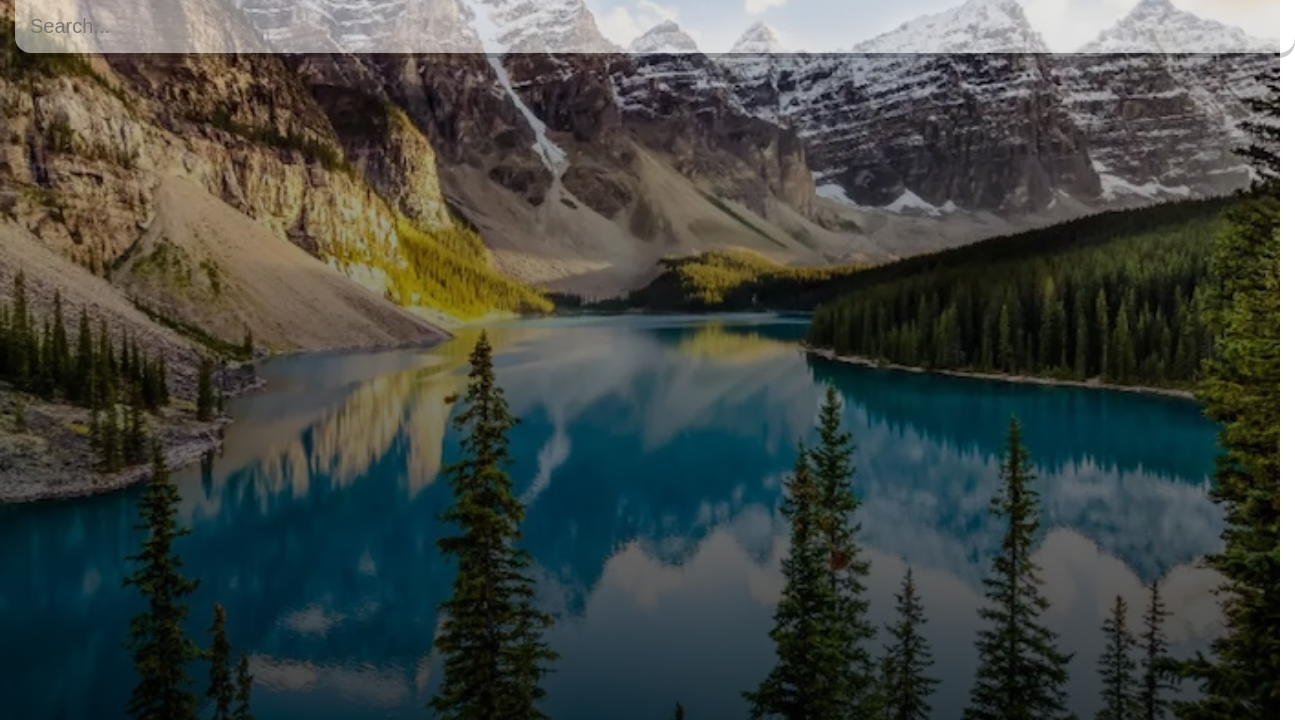
Repository: K-TT/WeatherApp
Page: /
These files come from the project's save history. The page is drawn as it stood at one moment and after the next save; the edit follows.
The browser window is 1280 px wide. The page is 1295 px wide, then 1280 px, then 1295 px, so the pictures cover 1295 px, including what lies to the right of the window. The pictures show the whole page.
The project was rebuilt for these pictures with package versions that can differ from the ones it lists, and the page was loaded fresh each time.

Above is the page before, as saved 2022-01-13 23:17:26.

### src/index.css
* {
    margin: 0;
    padding: 0;
    box-sizing: border-box;
}

body {
    font-family: sans-serif;
}

.app {
    background-image: url(./assets/snowy_mountains.jpeg);
    background-size: cover;
    background-position: bottom;
    transition: 0.4 case-out;
}

.app.warm {
    background-image: url(./assets/summer_mountains.jpg);
}

main {
    min-height: 100vh;
    background-image: linear-gradient(to bottom, rgba(0, 0, 0, 0.2), rgba(0, 0, 0, 0.75))
}

.search-box {
    width: 100%;
    margin: 0 0 75px;
}

.search-box .search-bar {
    display: block;
    width: 100%;
    padding: 15px;
    appearance: none;
    background: none;
    border: none;
    outline: none;
    background-color: rgba(255, 255, 255, 0.5);
    border-radius: 0px 0px 16px 16px;
    margin: 0px 15px 0px 15px;
    box-shadow: 0px 5px rgba(0, 0, 0, 0.2);
    color: #313131;
    font-size: 20px;
    transition: 0.4s ease;
}

.search-box .search-bar:focus {
    background-color: rgba(255, 255, 255, 0.75);
}

### src/App.js
import React from 'react';
const api = {
  key: "9820c5639a4f86f59ebb8b89ceffe3b0",
  base: "https://api.openweathermap.org/data/2.5/"
}

function App() {
  return (
    <div className="app warm">
      <main>
        <div className="search-box">
          <input
            type="text"
            className="search-bar"
            placeholder="Search..."
          />
        </div>
      </main>
    </div>
    );
}

export default App;

Loaded but not shown: public/index.html (common file); src/index.js (common file); src/reportWebVitals.js (common file)

After the next save:
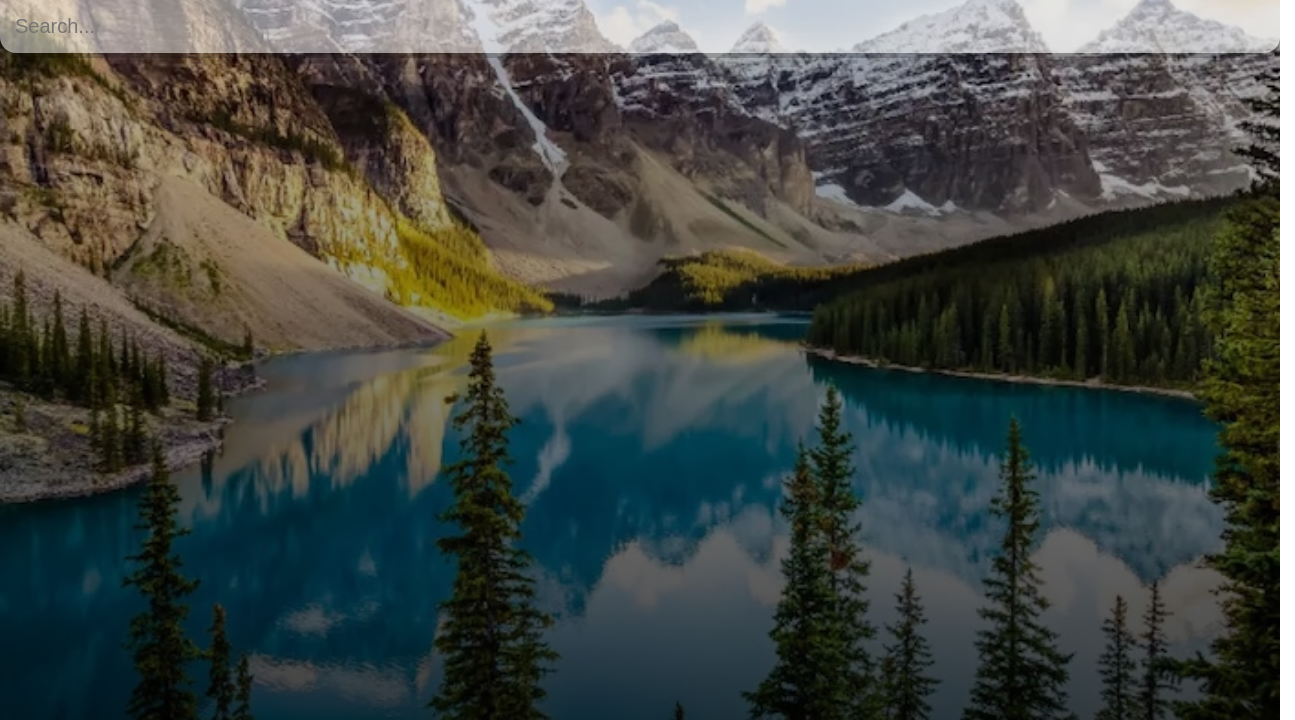
Saved 20 s later.
--- a/src/index.css
+++ b/src/index.css
@@ -39,7 +39,7 @@
     outline: none;
     background-color: rgba(255, 255, 255, 0.5);
     border-radius: 0px 0px 16px 16px;
-    margin: 0px 15px 0px 15px;
+    margin: 0px 15px 15px 0px;
     box-shadow: 0px 5px rgba(0, 0, 0, 0.2);
     color: #313131;
     font-size: 20px;

After the save that followed:
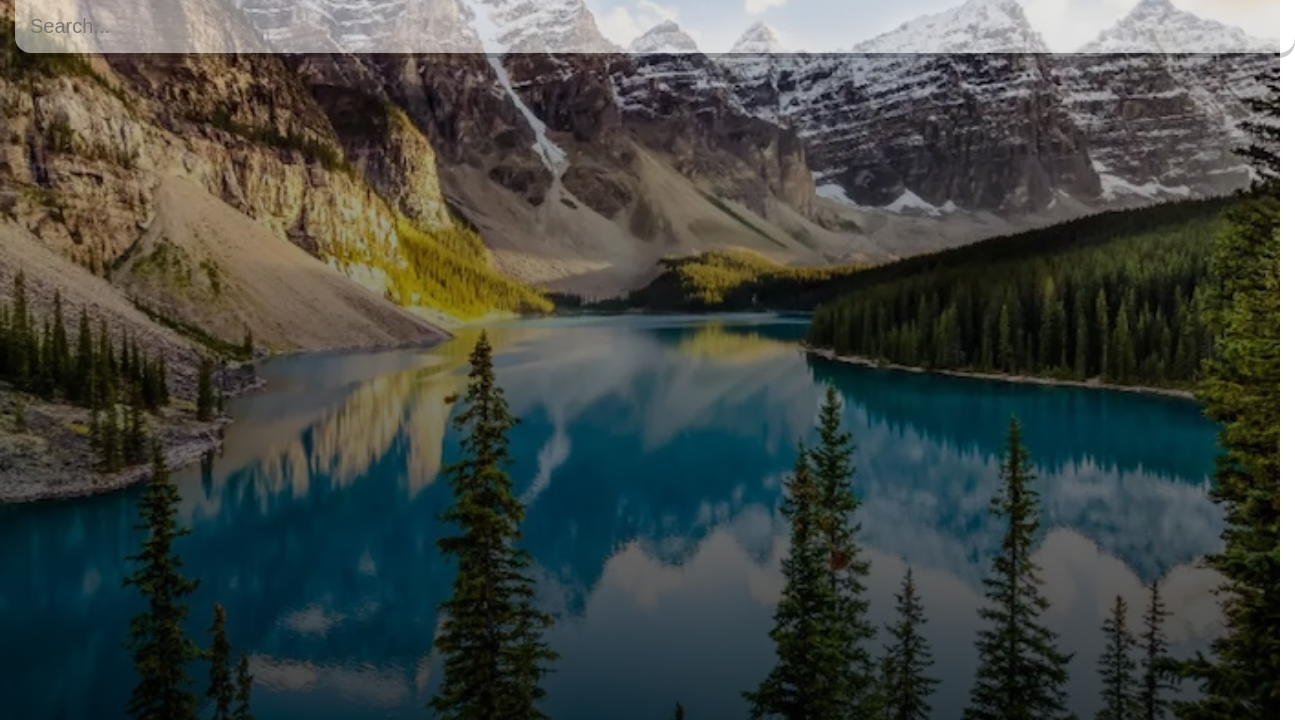
Saved 8 s later.
--- a/src/index.css
+++ b/src/index.css
@@ -39,7 +39,7 @@
     outline: none;
     background-color: rgba(255, 255, 255, 0.5);
     border-radius: 0px 0px 16px 16px;
-    margin: 0px 15px 15px 0px;
+    margin: 0px 15px 15px 15px;
     box-shadow: 0px 5px rgba(0, 0, 0, 0.2);
     color: #313131;
     font-size: 20px;
